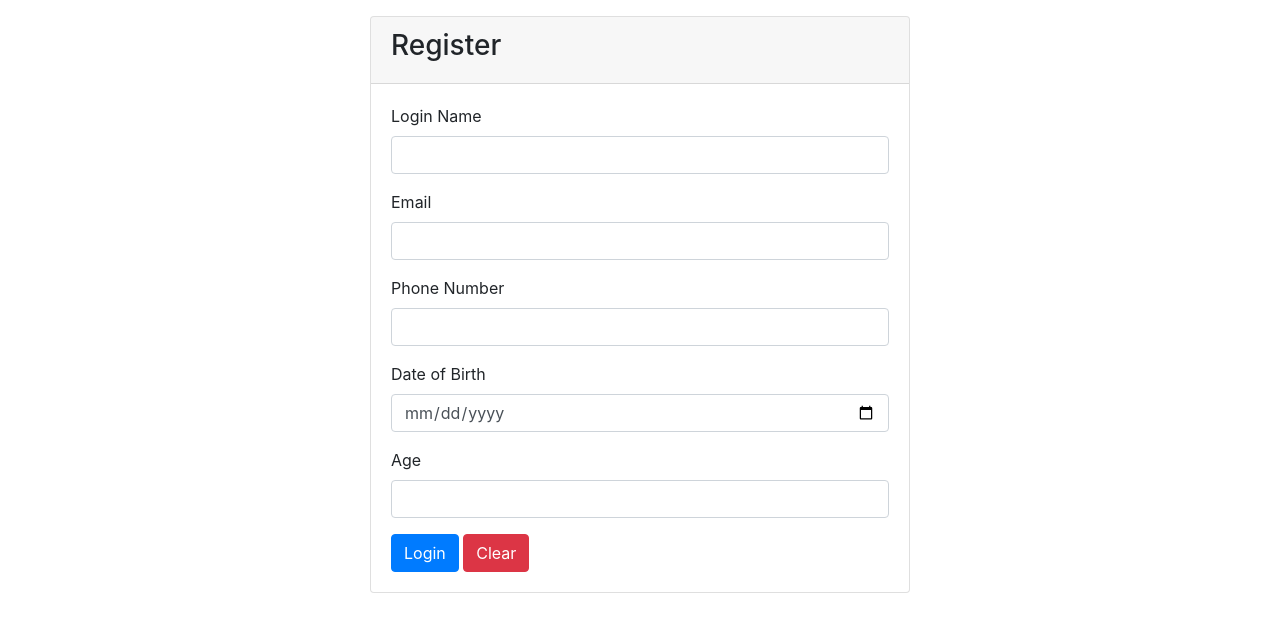
Repository: pyaephyotint22/Maven-Student-Course
Page: http://localhost/02-helloo-servlet/
These files come from the project's save history. The page is drawn as it stood at one moment and after the next save; the edit follows.
The browser window is 1280 px wide. The pictures show the whole page.
The page is served by Tomcat 9.

Above is the page before, as saved 2020-12-16 11:37:38.

After the next save:
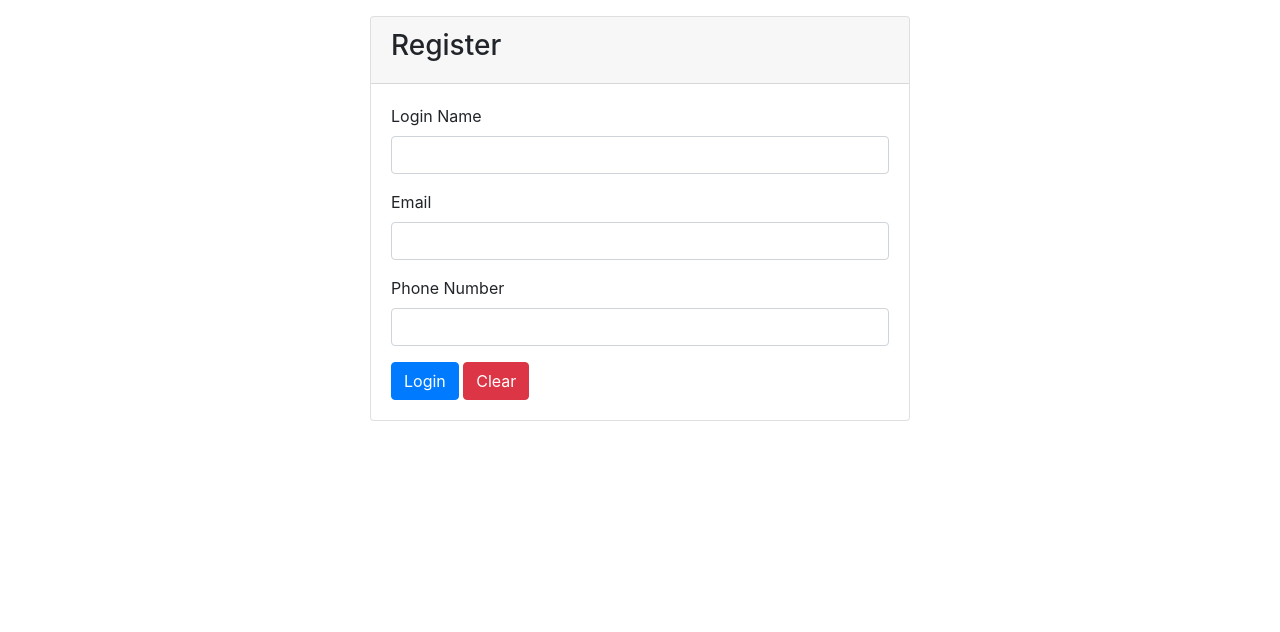
Saved 6 s later.
--- a/02-helloo-servlet/src/main/webapp/index.jsp
+++ b/02-helloo-servlet/src/main/webapp/index.jsp
@@ -32,14 +32,7 @@
 				<label for="">Phone Number</label>
 				<input type="text" name="phoneno" class="form-control"/>
 				</div>
-				<div class="form-group">
-				<label for="">Date of Birth</label>
-				<input type="date" name="dob" class="form-control"/>
-				</div>
-				<div class="form-group">
-				<label for="">Age</label>
-				<input type="text" name="age" class="form-control"/>
-				</div>
+
 				<button type="submit" class="btn btn-primary">Login</button>
 				<button type="reset" class="btn btn-danger">Clear</button>
 			</form>
